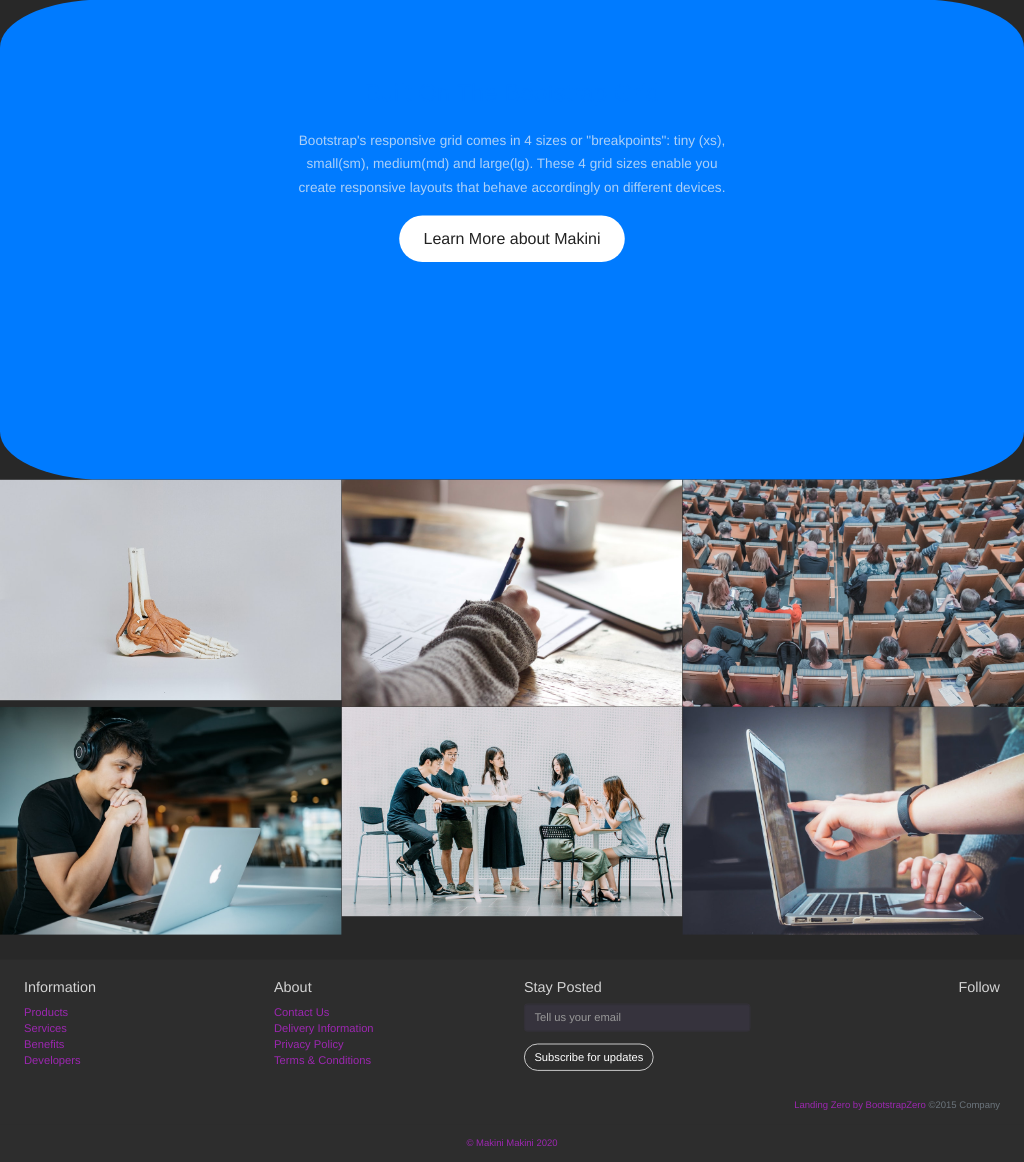
Repository: MakiniMakini/AMSUN-NOTES
Page: http://localhost/
The author's editor kept a copy of each file at every save. The page is drawn from the files as they stood at one save, then again after the next save.
The browser window is 1280 px wide. The pictures show the part of the page from y = 807 to 2260 px (the page is 2260 px tall), at 80% of full size.
Some web fonts or font styles are not loaded; a fallback is used. The page is served by the project's application, run on Flask 3 (application.py).

Above is the page before, as saved 2020-12-19 21:18:43.

After the next save:
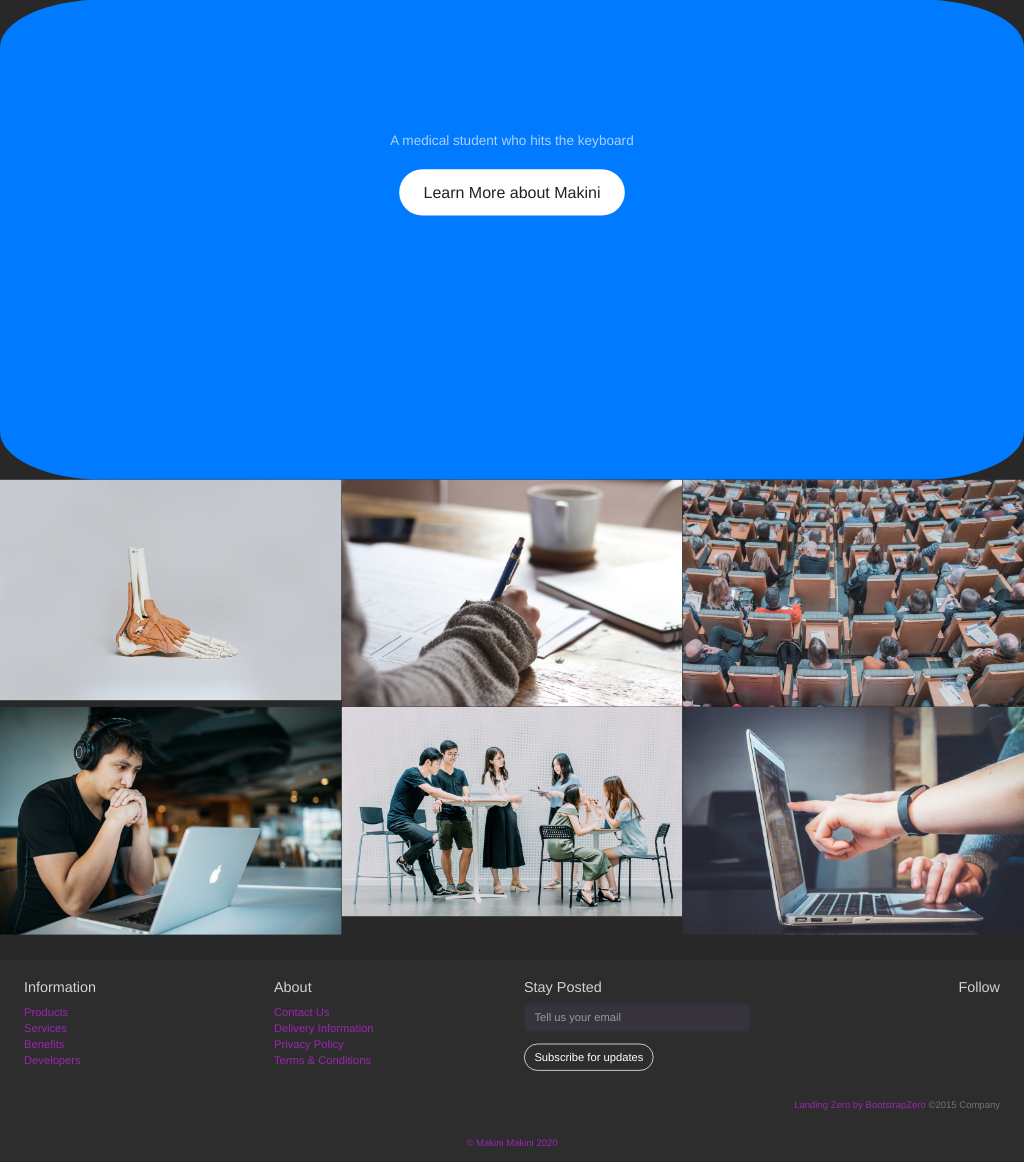
Saved 60 s later.
--- a/templates/home.html
+++ b/templates/home.html
@@ -27,7 +27,7 @@
                 <h2 class="margin-top-0 text-primary">Built On The Bootstrap Grid</h2>
                 <br>
                 <p class="text-faded">
-                    Bootstrap's responsive grid comes in 4 sizes or "breakpoints": tiny (xs), small(sm), medium(md) and large(lg). These 4 grid sizes enable you create responsive layouts that behave accordingly on different devices.
+                    A medical student who hits the keyboard
                 </p>
                 <a href="https://makini-makini.herokuapp.com" class="btn btn-default btn-xl page-scroll">Learn More about Makini</a>
             </div>
